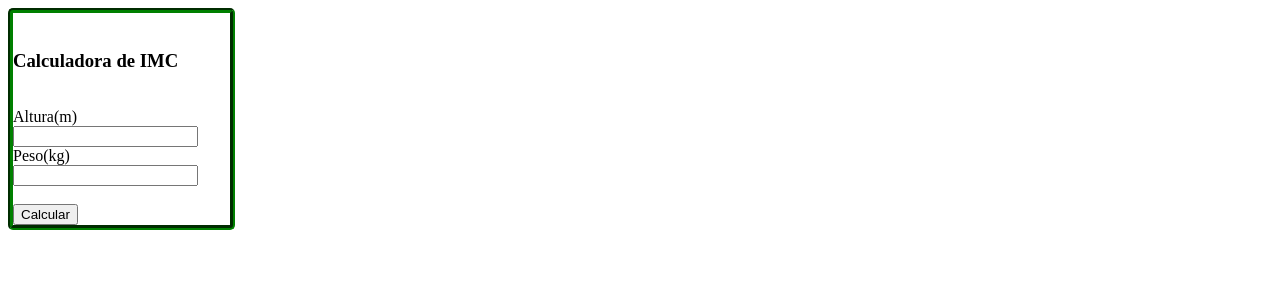
Repository: Patriciamativi/Projetos
Page: index.html
The author's editor kept a copy of each file at every save. The page is drawn from the files as they stood at one save, then again after the next save.
The browser window is 1280 px wide. The pictures show the whole page.

Above is the page before, as saved 2022-11-21 14:53:22.

After the next save:
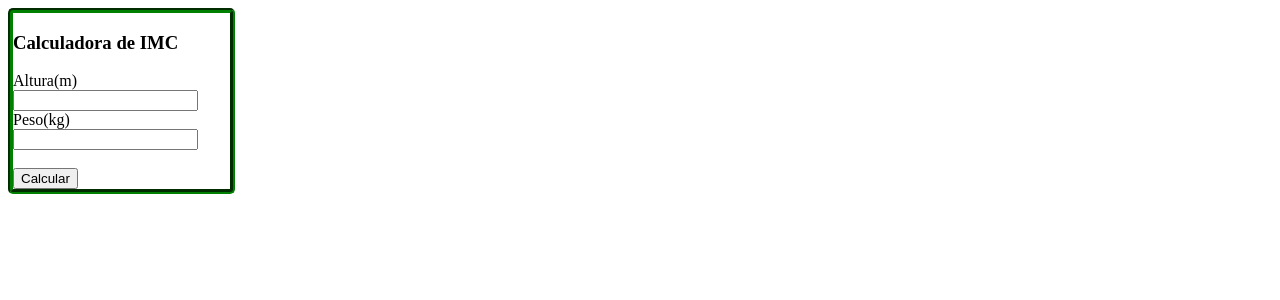
Saved 7 s later.
--- a/index.html
+++ b/index.html
@@ -21,7 +21,7 @@
 <table border="0">
     <body>
          <tr>
-            <br> <h3>Calculadora de IMC</h3> </br>
+            <tr> <h3>Calculadora de IMC</h3> </tr>
 
             Altura(m)<br/>
             <input type: "number" > </tbr>
